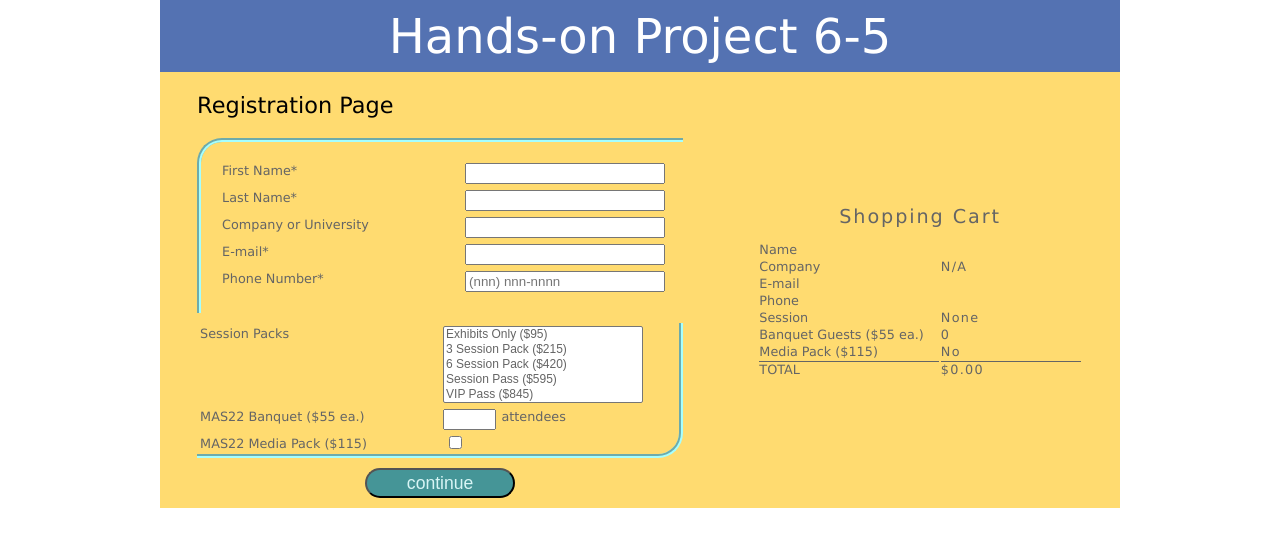
Repository: sandhya8109/hbommi_srimal4-js06-main
Page: hbommi_srimal4-js06-main/project05/project06-05_txt.html
The author's editor kept a copy of each file at every save. The page is drawn from the files as they stood at one save, then again after the next save.
The browser window is 1280 px wide. The pictures show the whole page.

Above is the page before, as saved 2025-03-07 14:53:44.

After the next save:
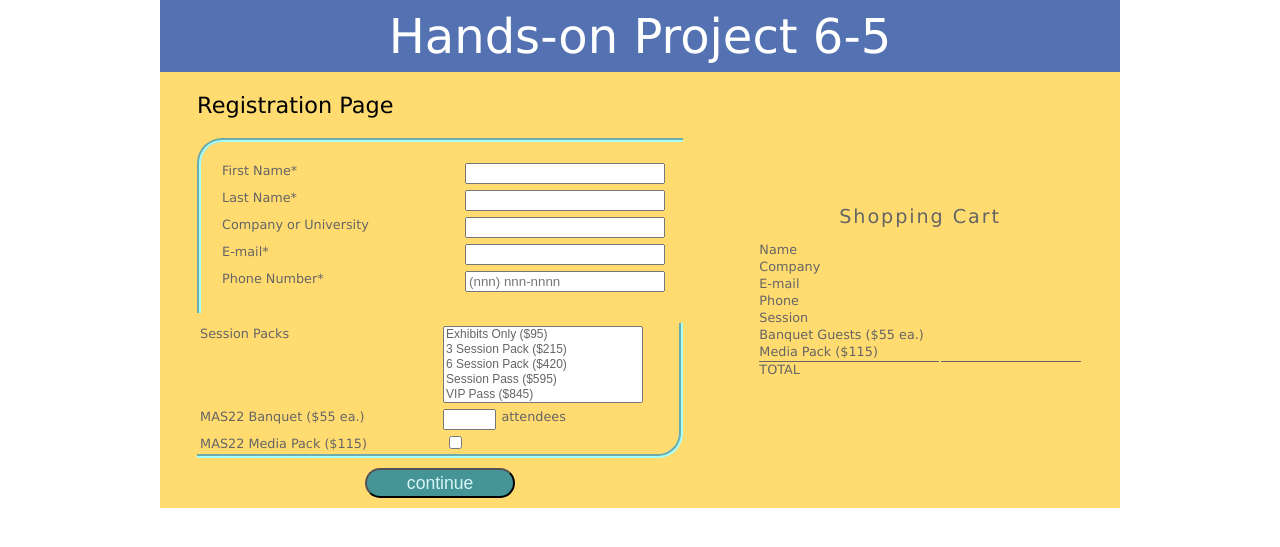
Console error: SyntaxError: Unexpected token '<'
Saved 13 s later.
--- a/hbommi_srimal4-js06-main/project05/project06-05_txt.js
+++ b/hbommi_srimal4-js06-main/project05/project06-05_txt.js
@@ -40,4 +40,5 @@
          document.getElementById("regSession").textContent = sessionChoice || "None";
          document.getElementById("regPack").textContent = mediaChoice;
          document.getElementById("regTotal").textContent = totalCost.toLocaleString("en-US", { style: "currency", currency: "USD" });
-      }
+      }</body>
+</html>
